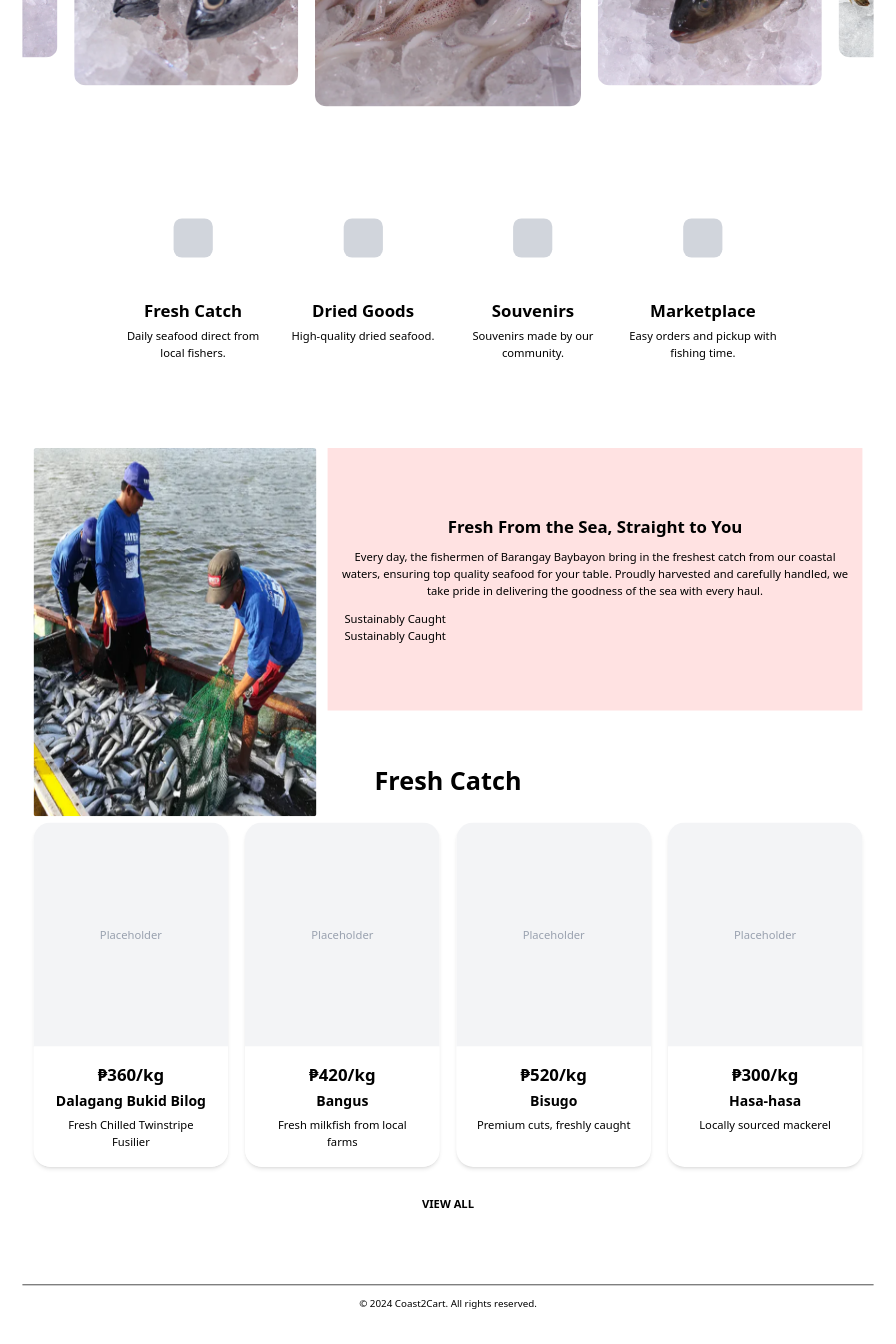
Repository: Coast2Card/coast2cart-frontend
Page: /
An editor plug-in stored every save of this project. The page is shown before and after the next save, followed by the edit.
The browser window is 1280 px wide. The pictures show the part of the page from y = 960 to 2880 px (the page is 2880 px tall before and 2847 px after), at 70% of full size.
The project was rebuilt for these pictures with package versions that can differ from the ones it lists, and the page was loaded fresh each time. Also part of the build but not shown: vite.config.js, src/pages/Seafood.jsx, src/pages/Souvenirs.jsx, src/pages/About.jsx, src/pages/Cart.jsx, src/pages/Profile.jsx, src/pages/Colors.jsx.

Above is the page before, as saved 2025-09-07 15:35:05.

### index.html
<!DOCTYPE html>
<html lang="en" data-theme="coast2cart">
  <head>
    <meta charset="UTF-8" />
    <!-- <link rel="icon" type="image/svg+xml" href="/vite.svg" /> -->
    <meta name="viewport" content="width=device-width, initial-scale=1.0" />
    <title>Coast2Cart</title>
  </head>
  <body>
    <div id="root"></div>
    <script type="module" src="/src/main.jsx"></script>
  </body>
</html>

### src/App.jsx
import { Routes, Route } from "react-router-dom";
import Layout from "./components/Layout";
import Home from "./pages/Home";
import Seafood from "./pages/Seafood";
import Souvenirs from "./pages/Souvenirs";
import About from "./pages/About";
import Cart from "./pages/Cart";
import Profile from "./pages/Profile";
import Colors from "./pages/Colors";
import "./App.css";

function App() {
  return (
    <Routes>
      {/* Routes with shared layout */}
      <Route path="/" element={<Layout />}>
        <Route index element={<Home />} />
        <Route path="seafood" element={<Seafood />} />
        <Route path="souvenirs" element={<Souvenirs />} />
        <Route path="about" element={<About />} />
        <Route path="cart" element={<Cart />} />
        <Route path="profile" element={<Profile />} />
        <Route path="colors" element={<Colors />} />
      </Route>
    </Routes>
  );
}

export default App;

### src/components/Layout.jsx
import { Outlet } from "react-router-dom";
import Navbar from "./Navbar";

const Layout = () => {
  return (
    <div className="min-h-screen bg-base-200">
      {/* Navigation Header */}
      <Navbar />

      {/* Main Content */}
      <main className=" mx-auto  ">
        <Outlet />
      </main>

      {/* Footer */}
      <footer className="bg-base-100 border-t border-base-300 mt-auto">
        <div className="max-w-7xl mx-auto py-4 px-4 sm:px-6 lg:px-8">
          <p className="text-center text-base-content/70 text-sm">
            © 2024 Coast2Cart. All rights reserved.
          </p>
        </div>
      </footer>
    </div>
  );
};

export default Layout;

### src/pages/Home.jsx
import homeBanner from "../assets/images/home_banner.jpg";
import baybayonLogo from "../assets/logos/c2c_white_transparent.png";
import fish1 from "../assets/images/home_fish1.png";
import fish2 from "../assets/images/home_fish2.png";
import fish3 from "../assets/images/home_fish3.png";
import fish4 from "../assets/images/home_fish4.png";
import fish5 from "../assets/images/home_fish5.png";
import HomeFeatures from "../components/home/HomeFeatures";
import HomeFreshCatch from "../components/home/HomeFreshCatch";
import HomeGallery from "../components/home/HomeGallery";
const Home = () => {
  return (
    <main className="relative overflow-x-hidden">
      {/* Home Banner */}
      <section className="w-full h-[70vh] md:h-185 relative">
        <img
          src={homeBanner}
          alt="Home Banner"
          className="w-full h-full object-cover relative z-4"
          onError={(e) => {
            console.log("Image failed to load:", homeBanner);
            e.target.style.display = "none";
          }}
          onLoad={() => console.log("Image loaded successfully:", homeBanner)}
        />

        <div className="absolute inset-0 bg-black opacity-60 z-10"></div>

        <div className="absolute inset-0 z-20 flex items-start py-20 justify-center">
          <div className="text-center text-white">
            <h1 className="text-xl sm:text-2xl lg:text-3xl font-extrabold font-display mb-[-30px] sm:mb-[-30px] md:mb-[-35px] lg:mb-[-47px]">
              Sea the best of Baybayon, from
            </h1>
            <img
              className="w-6/8 sm:w-5/8 md:4/8 lg:3/8 max-w-270 h-auto mx-auto "
              src={baybayonLogo}
            />
            <button className="mt-[-10px] bg-secondary text-primary uppercase px-6 py-2 rounded-full text-md sm:text-lg font-semibold hover:bg-secondary/90 transition-colors">
              Shop Now
            </button>
          </div>
        </div>
      </section>
      <section className=" relative overflow-hidden w-[140vw] flex items-center justify-center gap-6 mb-25   z-30 -mt-61 sm:-mt-60 left-1/2 -translate-x-1/2">
        <img
          src={fish1}
          alt="Fish 1"
          className="min-w-60 sm:w-65 h-90 object-cover rounded-2xl"
        />
        <img
          src={fish2}
          alt="Fish 2"
          className="min-w-65 h-85 sm:w-80 sm:h-110 object-cover rounded-2xl"
        />
        <img
          src={fish3}
          alt="Fish 3"
          className="min-w-75 h-115 sm:w-95 sm:h-125 object-cover rounded-2xl"
        />
        <img
          src={fish4}
          alt="Fish 4"
          className="min-w-65 h-90 sm:w-80 sm:h-110 object-cover rounded-2xl"
        />
        <img
          src={fish5}
          alt="Fish 5"
          className="min-w-60 sm:w-65 h-90 object-cover rounded-2xl"
        />
      </section>
      <section className="max-w-8xl mx-auto p-4 flex flex-col">
        <HomeFeatures className="mb-25" />
        <HomeGallery />
        <HomeFreshCatch />
      </section>
    </main>
  );
};

export default Home;

### src/components/Navbar.jsx
import { Link, useLocation } from "react-router-dom";
import { useState } from "react";
import { navLinks } from "../data/navigation";
import c2cLogo from "../assets/logos/c2c_transparent.png";
import searchIcon from "../assets/icons/search.png";
import cartIcon from "../assets/icons/cart.png";
import profileIcon from "../assets/icons/profile.png";
import commentIcon from "../assets/icons/comment.png";
const Navbar = () => {
  const location = useLocation();
  const [isMobileMenuOpen, setIsMobileMenuOpen] = useState(false);

  const isActive = (path) => {
    return location.pathname === path;
  };

  const toggleMobileMenu = () => {
    setIsMobileMenuOpen(!isMobileMenuOpen);
  };

  const closeMobileMenu = () => {
    setIsMobileMenuOpen(false);
  };

  return (
    <nav className="bg-base-300 shadow-lg py-2 sticky top-0 z-50">
      <div className="mx-auto px-6 sm:px-6 lg:px-8">
        <div className="flex justify-between h-16">
          <div className="flex items-center">
            <Link to="/" className="flex-shrink-0">
              <img src={c2cLogo} alt="Coast2Cart" className="h-17" />
            </Link>
          </div>

          {/* Desktop Navigation */}
          <div className="hidden md:flex items-center space-x-8">
            {navLinks.map((link) => (
              <Link
                key={link.path}
                to={link.path}
                className={`px-3 py-2 rounded-md text-md font-bold transition-colors ${
                  isActive(link.path)
                    ? " text-accent after:content-[''] after:block after:w-full after:h-0.5 after:bg-accent after:rounded-full"
                    : "text-black hover:text-primary hover:bg-base-200"
                }`}
              >
                {link.label}
              </Link>
            ))}
          </div>

          {/* Desktop Icons - Hidden on mobile */}
          <div className="hidden md:flex items-center gap-4 lg:gap-6">
            <img
              src={searchIcon}
              alt="Search"
              className="h-5 w-5 lg:h-5.5 lg:w-5.5 hover:cursor-pointer hover:opacity-60 transition-opacity duration-300"
            />
            <img
              src={commentIcon}
              alt="Comment"
              className="h-5 w-5 lg:h-5.5 lg:w-5.5 hover:cursor-pointer hover:opacity-60 transition-opacity duration-300"
            />
            <img
              src={cartIcon}
              alt="Cart"
              className="h-5 w-5 lg:h-5.5 lg:w-5.5 hover:cursor-pointer hover:opacity-60 transition-opacity duration-300"
            />
            <img
              src={profileIcon}
              alt="Profile"
              className="h-5 w-5 lg:h-5.5 lg:w-5.5 hover:cursor-pointer hover:opacity-60 transition-opacity duration-300"
            />
          </div>

          {/* Mobile menu button */}
          <div className="md:hidden flex items-center">
            <button
              onClick={toggleMobileMenu}
              className="inline-flex items-center justify-center p-2 rounded-md text-base-content hover:text-primary hover:bg-base-200 focus:outline-none focus:ring-2 focus:ring-inset focus:ring-primary"
              aria-expanded="false"
            >
              <span className="sr-only">Open main menu</span>
              {!isMobileMenuOpen ? (
                <svg
                  className="block h-6 w-6"
                  xmlns="http://www.w3.org/2000/svg"
                  fill="none"
                  viewBox="0 0 24 24"
                  stroke="currentColor"
                  aria-hidden="true"
                >
                  <path
                    strokeLinecap="round"
                    strokeLinejoin="round"
                    strokeWidth="2"
                    d="M4 6h16M4 12h16M4 18h16"
                  />
                </svg>
              ) : (
                <svg
                  className="block h-6 w-6"
                  xmlns="http://www.w3.org/2000/svg"
                  fill="none"
                  viewBox="0 0 24 24"
                  stroke="currentColor"
                  aria-hidden="true"
                >
                  <path
                    strokeLinecap="round"
                    strokeLinejoin="round"
                    strokeWidth="2"
                    d="M6 18L18 6M6 6l12 12"
                  />
                </svg>
              )}
            </button>
          </div>
        </div>
      </div>

      {/* Mobile Navigation Menu */}
      <div className={`md:hidden ${isMobileMenuOpen ? "block" : "hidden"}`}>
        <div className="px-2 pt-2 pb-3 space-y-1 sm:px-3 bg-base-100 border-t border-base-300">
          {navLinks.map((link) => (
            <Link
              key={link.path}
              to={link.path}
              onClick={closeMobileMenu}
              className={`block px-3 py-2 rounded-md text-base font-medium transition-colors ${
                isActive(link.path)
                  ? "bg-primary text-primary-content"
                  : "text-base-content hover:text-primary hover:bg-base-200"
              }`}
            >
              {link.label}
            </Link>
          ))}

          {/* Mobile Icons */}
          <div className="flex items-center justify-center gap-6 pt-4 border-t border-base-300 mt-4">
            <img
              src={searchIcon}
              alt="Search"
              className="h-6 w-6 hover:cursor-pointer hover:opacity-60 transition-opacity duration-300"
            />
            <img
              src={commentIcon}
              alt="Comment"
              className="h-6 w-6 hover:cursor-pointer hover:opacity-60 transition-opacity duration-300"
            />
            <img
              src={cartIcon}
              alt="Cart"
              className="h-6 w-6 hover:cursor-pointer hover:opacity-60 transition-opacity duration-300"
            />
            <img
              src={profileIcon}
              alt="Profile"
              className="h-6 w-6 hover:cursor-pointer hover:opacity-60 transition-opacity duration-300"
            />
          </div>
        </div>
      </div>
    </nav>
  );
};

export default Navbar;

### src/components/home/HomeFeatures.jsx
import cartIcon from "../../assets/icons/cart.png";
import commentIcon from "../../assets/icons/comment.png";
import profileIcon from "../../assets/icons/profile.png";
import searchIcon from "../../assets/icons/search.png";

const features = [
  {
    icon: cartIcon,
    title: "Fresh Catch",
    description: "Daily seafood direct from local fishers.",
  },
  {
    icon: searchIcon,
    title: "Dried Goods",
    description: "High-quality dried seafood.",
  },
  {
    icon: commentIcon,
    title: "Souvenirs",
    description: "Souvenirs made by our community.",
  },
  {
    icon: profileIcon,
    title: "Marketplace",
    description: "Easy orders and pickup with fishing time.",
  },
];

const HomeFeatures = ({ className = "" }) => {
  return (
    <article className={` mx-auto w-full ${className}`}>
      <section className="grid grid-cols-1 sm:grid-cols-2 space-y-6 lg:grid-cols-4 gap-6 sm:w-[95%] lg:w-[90%] xl:w-[80%] mx-auto">
        {features.map((item, index) => (
          <div
            key={index}
            className="flex flex-col items-center justify-start gap-2"
          >
            <div className="bg-accent mb-2 p-11 sm:p-11 flex justify-center items-center rounded-full">
              <div className="bg-gray-300 rounded-xl p-1 h-14 w-14"></div>
            </div>
            <h3 className="text-2xl font-bold text-primary">{item.title}</h3>
            <h3 className="text-md text-center">{item.description}</h3>
          </div>
        ))}
      </section>
    </article>
  );
};

export default HomeFeatures;

### src/components/home/HomeFreshCatch.jsx
const freshCatchItems = [
  {
    id: 1,
    price: "₱360/kg",
    name: "Dalagang Bukid Bilog",
    description: "Fresh Chilled Twinstripe Fusilier",
    image: null,
  },
  {
    id: 2,
    price: "₱420/kg",
    name: "Bangus",
    description: "Fresh milkfish from local farms",
    image: null,
  },
  {
    id: 3,
    price: "₱520/kg",
    name: "Bisugo",
    description: "Premium cuts, freshly caught",
    image: null,
  },
  {
    id: 4,
    price: "₱300/kg",
    name: "Hasa-hasa",
    description: "Locally sourced mackerel",
    image: null,
  },
];

const HomeFreshCatch = ({ className = "" }) => {
  return (
    <div className={`flex flex-col text-center ${className}`}>
      <h1 className="text-4xl font-bold text-accent mb-10">Fresh Catch</h1>
      <section className="grid grid-cols-1 sm:grid-cols-2 xl:grid-cols-4  gap-6 mb-8">
        {freshCatchItems.map((item) => (
          <div
            key={item.id}
            className="flex flex-col shadow-md overflow-hidden rounded-3xl"
          >
            <div className="bg-gray-100 h-80 flex items-center justify-center text-gray-400">
              Placeholder
            </div>
            <div className="bg-white p-6  flex flex-col gap-2 text-center items-center justify-center">
              <h3 className="text-success text-2xl font-bold">{item.price}</h3>
              <h3 className="text-black font-bold text-xl">{item.name}</h3>
              <p className="text-md">{item.description}</p>
            </div>
          </div>
        ))}
      </section>
      <div className="mb-20">
        <button className="bg-secondary text-primary uppercase px-6 py-2 rounded-full text-md font-semibold hover:bg-secondary/90 transition-colors">
          View All
        </button>
      </div>
    </div>
  );
};

export default HomeFreshCatch;

### src/components/home/HomeGallery.jsx
import React from "react";
import homeGallery1 from "../../assets/images/home_gallery1.png";
const HomeGallery = () => {
  return (
    <div className="w-full flex gap-4 mb-20 ">
      <div>
        <img
          src={homeGallery1}
          className="flex-1 rounded-sm w-fit h-[140%] ob  "
        />
      </div>
      <div className="flex bg-red-100 flex-col w-200 p-4 gap-4 justify-center">
        <h2 className="font-bold text-2xl text-primary">
          Fresh From the Sea, Straight to You
        </h2>
        <p className="text-md">
          Every day, the fishermen of Barangay Baybayon bring in the freshest
          catch from our coastal waters, ensuring top quality seafood for your
          table. Proudly harvested and carefully handled, we take pride in
          delivering the goodness of the sea with every haul.
        </p>
        <div className="flex gap-2">
          <img />
          <div className="flex flex-col">
            <h3>Sustainably Caught</h3>
            <h3>Sustainably Caught</h3>
          </div>
        </div>
      </div>
    </div>
  );
};

export default HomeGallery;

### src/data/navigation.js
// Navigation links data
export const navLinks = [
  { path: "/", label: "Home" },
  { path: "/seafood", label: "Seafood" },
  { path: "/souvenirs", label: "Souvenirs" },
  { path: "/about", label: "About" },
  // { path: "/cart", label: "Cart" },
  // { path: "/profile", label: "Profile" },
  // { path: "/colors", label: "Colors" },
];

Loaded but not shown: src/main.jsx (common file); src/index.css (common file); src/App.css (common file)

After the next save:
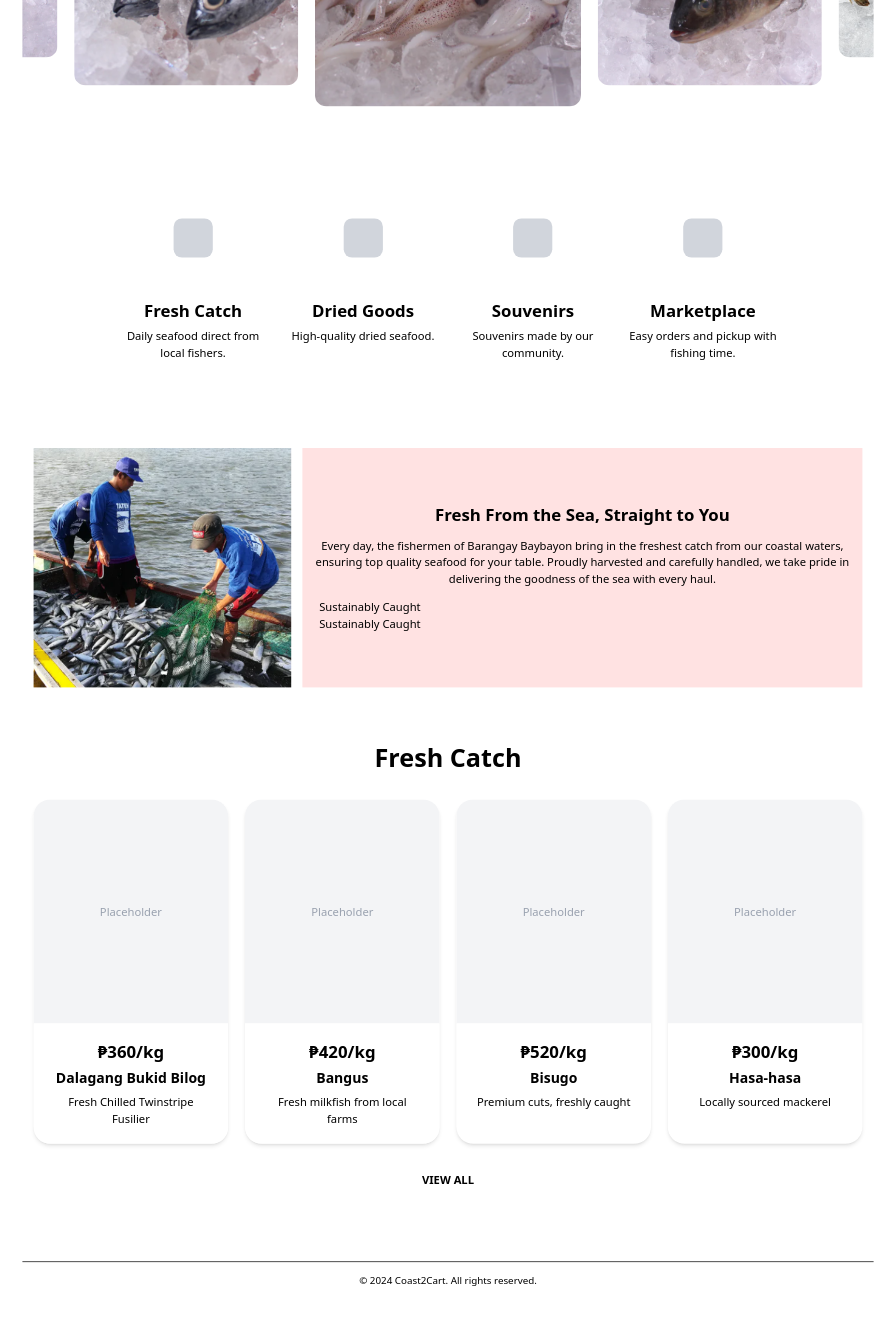
Saved 13 s later.
--- a/src/components/home/HomeGallery.jsx
+++ b/src/components/home/HomeGallery.jsx
@@ -3,11 +3,8 @@ import homeGallery1 from "../../assets/images/home_gallery1.png";
 const HomeGallery = () => {
   return (
     <div className="w-full flex gap-4 mb-20 ">
-      <div>
-        <img
-          src={homeGallery1}
-          className="flex-1 rounded-sm w-fit h-[140%] ob  "
-        />
+      <div className="flex-1">
+        <img src={homeGallery1} className="  " />
       </div>
       <div className="flex bg-red-100 flex-col w-200 p-4 gap-4 justify-center">
         <h2 className="font-bold text-2xl text-primary">
